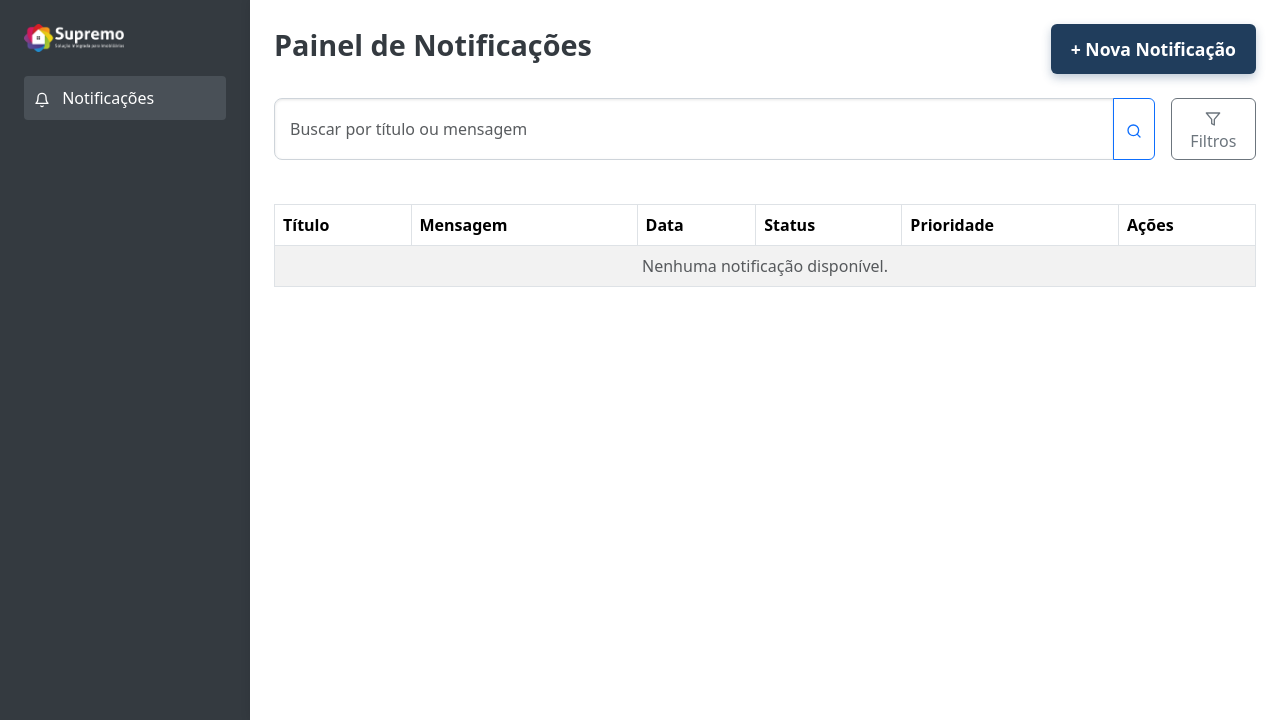
Repository: ryanmarinhodev/Supremo-teste-tecnico
Page: /notifications
An editor plug-in stored every save of this project. The page is shown before and after the next save, followed by the edit.
The browser window is 1280 px wide. The pictures show the whole page.
The project was rebuilt for these pictures with package versions that can differ from the ones it lists, and the page was loaded fresh each time. Also part of the build but not shown: src/App.css, src/Components/Login/index.jsx.

Above is the page before, as saved 2024-11-07 18:05:35.

After the next save:
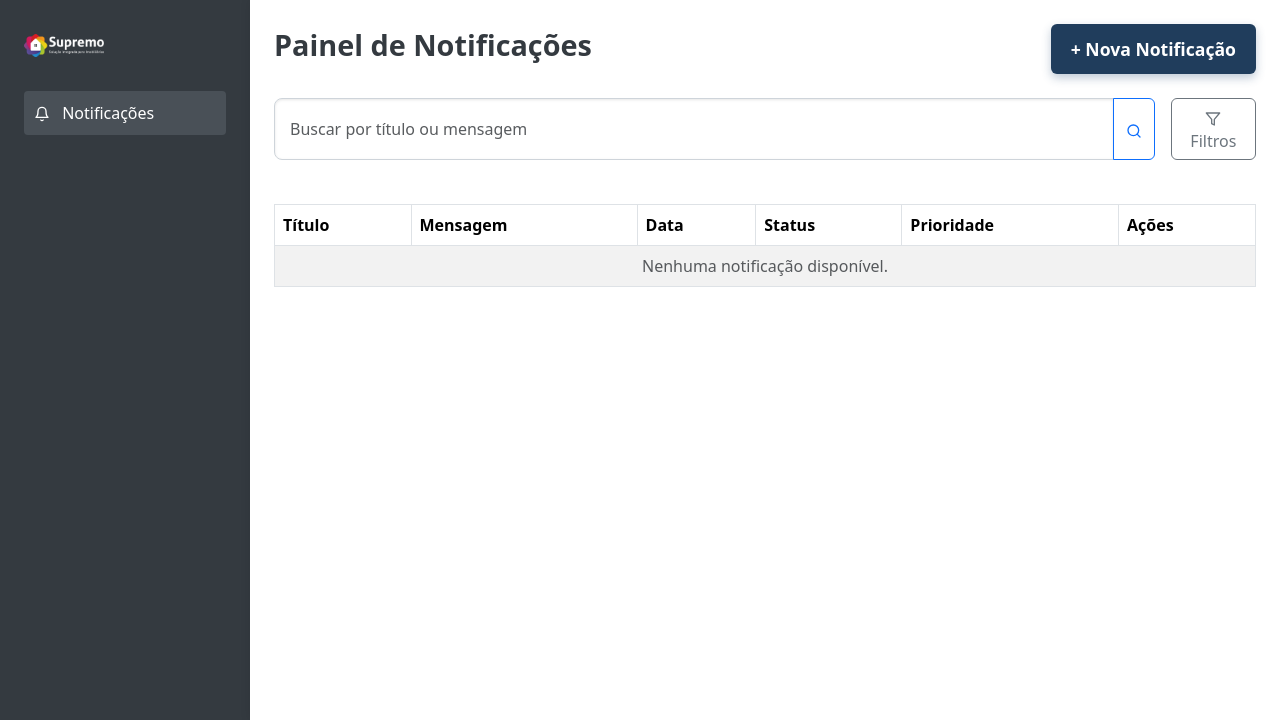
Saved 16 s later.
--- a/src/Components/Notifications/notification.css
+++ b/src/Components/Notifications/notification.css
@@ -14,7 +14,7 @@
 .logo {
     width: 100px;
     display: flex;
-    align-items: center;
+    padding: 10px 20px 10px 0;
 }
 
   .sidebar h4 {
